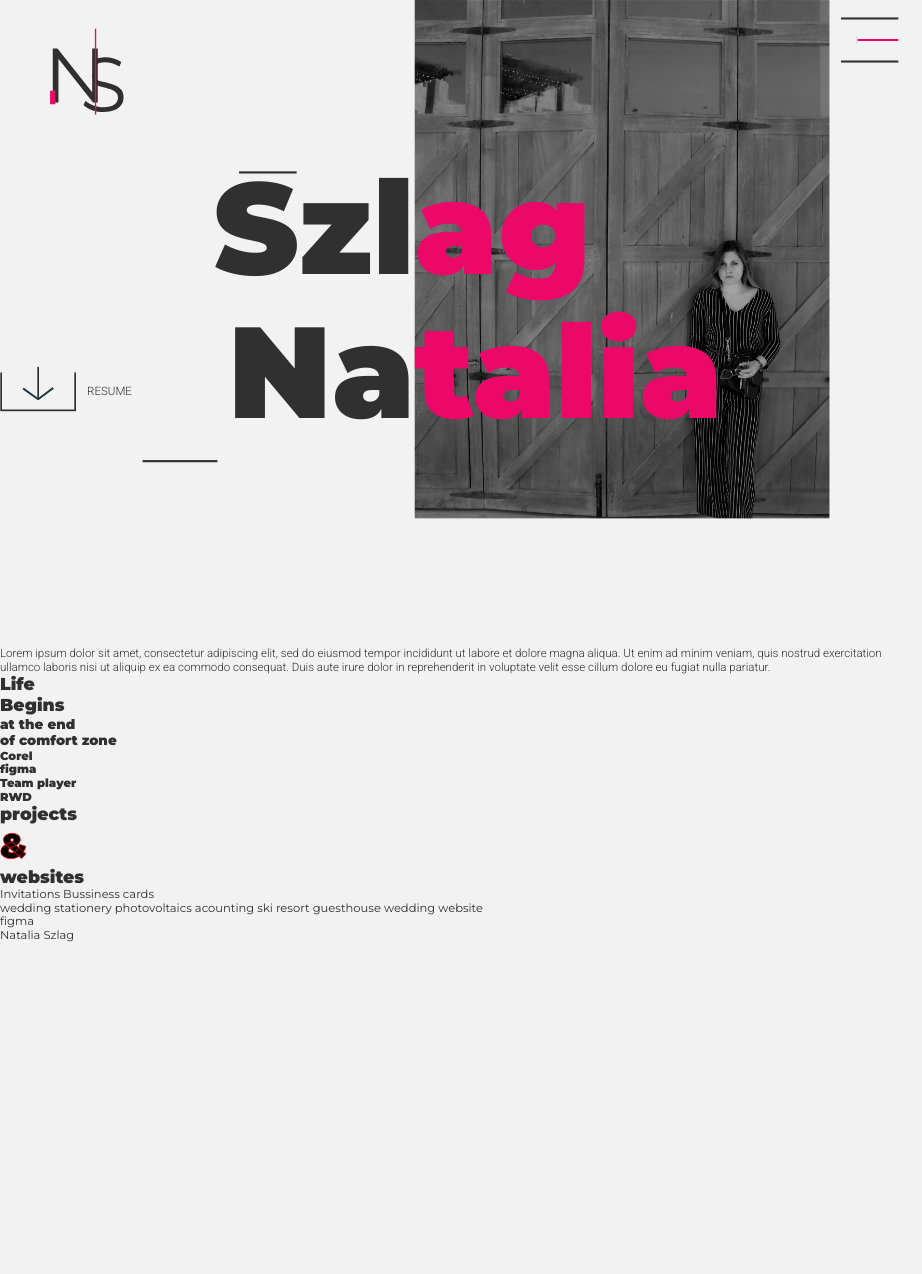
Repository: nataliaszlag/portfolio3
Page: index.html
The author's editor kept a copy of each file at every save. The page is drawn from the files as they stood at one save, then again after the next save.
The browser window is 1280 px wide. The pictures show the whole page, at 72% of full size.
The style sheet was rebuilt from its Sass, Less or Tailwind sources for each picture, by a compiler version that may differ from the author's.

Above is the page before, as saved 2020-09-26 20:29:52.

### index.html
<!DOCTYPE html>
<html lang="en">
<head>
    <meta charset="UTF-8">
    <meta name="viewport" content="width=device-width, initial-scale=1.0">
    <title>Portfolio</title>
    <link rel="stylesheet" href="/css/style.css">
    <link href="https://fonts.googleapis.com/css2?family=Montserrat:wght@300;400;600;900&family=Roboto:wght@300&display=swap" rel="stylesheet">
<body>
    <img><img class="hero-img"src="/img/img-hero.JPG" alt="zdj"><h1 class="h1-name-2 clr-prim">ag<br>talia</h1></div>
    <header class="hero">
        <nav>
            <logo class="logo">
                <svg width="202" height="202" viewBox="0 0 202 202" fill="none" xmlns="http://www.w3.org/2000/svg">
                    <path d="M111.707 131.661C106.15 131.661 100.822 130.771 95.7284 128.989C90.6331 127.207 86.6957 124.857 83.9163 121.934L87.0156 115.841C89.7232 118.549 93.3219 120.742 97.8117 122.416C102.302 124.091 106.933 124.927 111.707 124.927C118.407 124.927 123.43 123.699 126.779 121.239C130.128 118.781 131.805 115.592 131.805 111.673C131.805 108.68 130.895 106.292 129.078 104.511C127.26 102.729 125.035 101.357 122.397 100.396C119.76 99.4333 116.091 98.3831 111.387 97.2422C78.7372 90.0157 110.659 55.7886 98.6857 58.3337C92.9473 59.5532 105.322 55.7647 113.312 55.5543C117.586 55.4414 121.773 56.1427 125.871 57.3177C129.969 58.4945 133.513 60.116 136.506 62.1821L133.835 68.4884C130.7 66.4223 127.351 64.8726 123.786 63.8395C120.223 62.8047 116.732 62.3344 113.312 62.2882C95.5796 62.0521 91.8988 81.0702 103.104 87.2483C105.649 88.6525 109.535 89.2614 114.167 90.4023C119.654 91.7552 124.089 93.091 127.474 94.4098C130.859 95.7285 133.727 97.7228 136.079 100.396C138.431 103.068 139.607 106.684 139.607 111.245C139.607 115.022 138.591 118.46 136.561 121.561C134.529 124.66 131.411 127.118 127.207 128.936C123.003 130.753 117.837 131.661 111.707 131.661Z" fill="#303030"/>
                    <path d="M103.826 43.3881V118.212H97.3055L49.2035 57.4973V118.212H41.2945V43.3881H47.8146L96.0226 104.103V43.3881H103.826Z" fill="#303030"/>
                    <path fill-rule="evenodd" clip-rule="evenodd" d="M99.789 135.296V16.0728H101.621V135.296H99.789Z" fill="#EC0868"/>
                    <path fill-rule="evenodd" clip-rule="evenodd" d="M37.5521 120.721L37.5538 101.949L44.6315 101.956V120.726L37.5521 120.721Z" fill="#EC0868"/>
                    </svg>


            </logo>
            <ul class="navbar">
                <svg class="hamburger"width="80" height="63" viewBox="0 0 80 63" fill="none" xmlns="http://www.w3.org/2000/svg">
                    <g  class="line-menu-1"><line y1="1.5" x2="80" y2="1.5" stroke="#303030" stroke-width="3"/></g>
                    <g class="line-menu-2"><line y1="61.5" x2="80" y2="61.5" stroke="#303030" stroke-width="3"/></g>
                    <line x1="23" y1="31.5" x2="80" y2="31.5" stroke="#EC0868" stroke-width="3"/>
                    </svg>

                <li class="nav-list"><a href ="#">ABOUT</a></li>
                <li class="nav-list"><a href ="#">PORTFOLIO</a></li>
                <li class="nav-list"><a href ="#">CONTACT</a></li>
            </ul>
        </nav>
        <div class="flex">
            <div class="line-1"></div>
            <h1 class="h1-name">Szl<br>Na</h1>
        </div>
        <div class="resume">
            <icon class="resume-icon">
                <svg width="106" height="63" viewBox="0 0 106 63" fill="none" xmlns="http://www.w3.org/2000/svg">
                    <path d="M1.60553 8.5282V61.0716H104.395V8.5282" stroke="#303030" stroke-width="2.36" stroke-miterlimit="22.9256"/>
                    <path d="M53 0.473083V45.5269" stroke="#303030" stroke-width="2.36" stroke-miterlimit="22.9256"/>
                    <path d="M32.1326 30.6015L52.9999 45.5269L73.8673 29.8981" stroke="#00A0E3" stroke-width="2.36" stroke-miterlimit="22.9256"/>
                    <path d="M32.1326 30.6015L52.9999 45.5269L73.8673 29.8981" stroke="#303030" stroke-width="2.36" stroke-miterlimit="22.9256"/>
                    </svg>
            </icon>
            <p class="resume-p">RESUME</p>
            <div class="line-2"></div>
        </div>
    </header>
    <main>
        <article class="main-page">

            <div class="arrow">
                <svg>
                </svg>
            </div>
    </article>
        <article class="about">
            <div class="about-flex">
                <p class="about-p">
                    Lorem ipsum dolor sit amet, consectetur adipiscing elit, sed do eiusmod tempor incididunt ut labore et dolore magna aliqua. Ut enim ad minim veniam, quis nostrud exercitation ullamco laboris nisi ut aliquip ex ea commodo consequat. Duis aute irure dolor in reprehenderit in voluptate velit esse cillum dolore eu fugiat nulla pariatur.
                </p>
        </div>
            <div class="about-flex">
                <h2 class="about-primary">Life</h2>
                <h2 class="about-secondary">Begins</h2>
                <h3 class="about-terciary">at the end<br>of comfort zone</h3>
        </div>
            <div class="about-flex">
                <div class="vector"></div>
        </div>
            <div class="about-flex">
                <h4 class="stat">Corel</h4>
                <div class="stat-bar">
                <div class="bar"></div>
                <div class="bar"></div>
                <div class="bar"></div>
                <div class="bar"></div>
                <div class="bar"></div>
            </div>
            <h4 class="stat">figma</h4>
                <div class="stat-bar">
                <div class="bar-1"></div>
                <div class="bar-2"></div>
                <div class="bar-3"></div>
                <div class="bar-4"></div>
                <div class="bar-5"></div>
            </div>
            <h4 class="stat">Team player</h4>
                <div class="stat-bar">
                <div class="bar-1"></div>
                <div class="bar-2"></div>
                <div class="bar-3"></div>
                <div class="bar-4"></div>
                <div class="bar-5"></div>
            </div>
            <h4 class="stat">RWD</h4>
                <div class="stat-bar">
                <div class="bar-1"></div>
                <div class="bar-2"></div>
                <div class="bar-3"></div>
                <div class="bar-4"></div>
                <div class="bar-5"></div>
            </div>
        </div>
    </article>

    <article class="portfolio">
        <h2 class="portfolio-primary">projects<br></h2>
        <h2 class="portfolio-ampersand">&</h2>
        <h2 class="portfolio-secondary">websites</h2>

        <div class="projects-flex">
            <div class="project-gallery">
                <a href="https://www.kraftdesign.pl" target="_blank" class="link">Invitations</a>
                <a href="#gallery" class="link">Bussiness cards</a>
            </div>
            <div class="project-links">
                <a href="https://www.kraftdesign.pl" target="_blank" class="link">wedding stationery</a>
                <a href="https://www.cellinstalacje.pl" class="link" target="_blank" >photovoltaics</a>
                <a href="https://www.cellsksiegowosc.pl" class="link" target="_blank">acounting</a>
                <a href="https://www.masterski.pl" class="link" target="_blank">ski resort</a>
                <a href="https://www.tylicznoclegi.pl" class="link" target="_blank">guesthouse</a>
                <a href="https://www.pobieramysie.info" class="link" target="_blank">wedding website</a>
            </div>
            <div class="project-display">
                figma
            </div>
        </div>
    </article>

    <article class="contact">
        <div class="square">
            <div class="socials">
                <div class="social-info"></div>
                <div class="social-info"></div>
            </div>
            <div class="svg-animate">Natalia Szlag</div>
        </div>

        <div class="square bg-cover">
            <div class="social-sq">
                <svg class="social-ico">insta</svg>
            </div>
            <div class="social-sq">
                <svg class="social-ico">facebook</svg>
            </div>
            <div class="social-sq">
                <svg class="social-ico">pinterest</svg>
            </div>
        </div>
    </article>
    </main>
  </body>
</html>

### scss/style.scss
// ==========================================
// variables
// ==========================================

//font-var
$font-primary: 'Montserrat', sans-serif;
$font-secondary: 'roboto', sans-serif;
$font-spacing-primary: 10%;
$font-line-primary: 25pt;

//color-var
$clr-font: #303030;
$clr-bg: #f2f2f2;
$clr-accent: #ec0868;


// ============================================
// main style
// =======================================
*,
*:hover,
*:focus{
box-sizing: border-box;
color: $clr-font;
}

body{
    background-color: $clr-bg;
}

*{
    margin: 0;
    padding: 0;
    font-family: $font-primary;
    text-decoration: none;
}

.portfolio-ampersand{
    font-size: 48px;
    color: black;
    -webkit-text-stroke: 1px red;
}

.hero{
    min-height: 100%;
    height: 100vh;
    max-width: 95%;
    margin: auto;
}

.hero-img{
    object-fit: cover;
    top: 0;
    left: 45%;
    position: absolute;
    height: 100vh;
    width: 45%;
    z-index: -1;
}

.h1-name{
    text-align: right;
    position: absolute;
    right: 55%;
    top: 30%;
    display: inline-block;
    font-weight: 900;
    font-size: 180px;
    line-height: 200px;
    padding-left: 10px;
    z-index: 3;
}


.h1-name-2{
    position: absolute;
    left: 45%;
    top:30%;
    display: inline-block;
    font-weight: 900;
    font-size: 180px;
    line-height: 200px;
    z-index: 3;
}

.clr-prim{
    color: $clr-accent;
}

.resume{
    position: absolute;
    left: 0;
    margin-top: auto;
    display: flex;
    align-items: center;

    &-p{
        padding: 15px;
    }

    .line-2{
        display: inline-block;
    content:'';
    width: 104px;
    height: 200px;
    border-bottom: solid 3px $clr-font;
    }
}

.line-1{
    display: inline-block;
    content:'';
    width: 80px;
    height: 200px;
    border-top: solid 3px $clr-font;
    margin-left: 300px;
}

nav{
    margin-top: 5px;
    display: flex;
    justify-content: space-between;
    ul{
        display: block;
        list-style-type: none;
        text-align: right;
        li{
            opacity: 0;
            overflow: hidden;
            padding: 15px;
            transition: .2s ease-out;
        }
    }

    ul:hover > li{
        opacity: 1;
    }

    ul:hover .line-menu-1{
        transform: translateY(20px);
    }

    ul:hover .line-menu-2{
        transform: translateY(-20px);
    }
    }

li{
    transition: .2s ease-out;
}

li:hover{
    transform: scale(1.2);
    color: $clr-accent;
}

a{
    transition: .2s ease-out;
}

a:hover{
    color: $clr-accent;
}

.line-menu-1{
    transition: .2s ease-out;
}

.line-menu-2{
    transition: .2s ease-out;
}

p{
    font-family: $font-secondary;
}

After the next save:
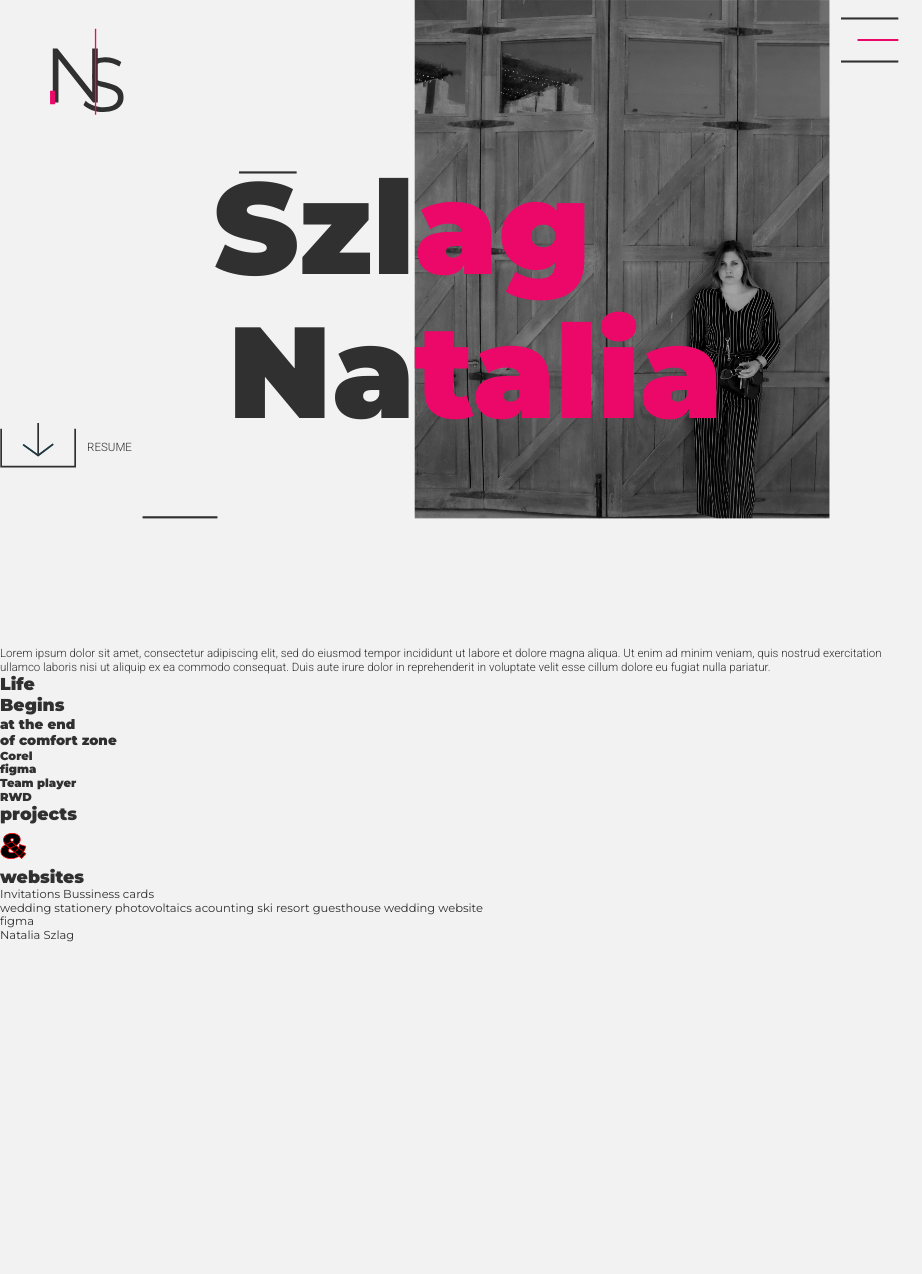
Saved 12 s later.
--- a/scss/style.scss
+++ b/scss/style.scss
@@ -90,6 +90,7 @@ body{
 .resume{
     position: absolute;
     left: 0;
+    bottom: 0;;
     margin-top: auto;
     display: flex;
     align-items: center;
